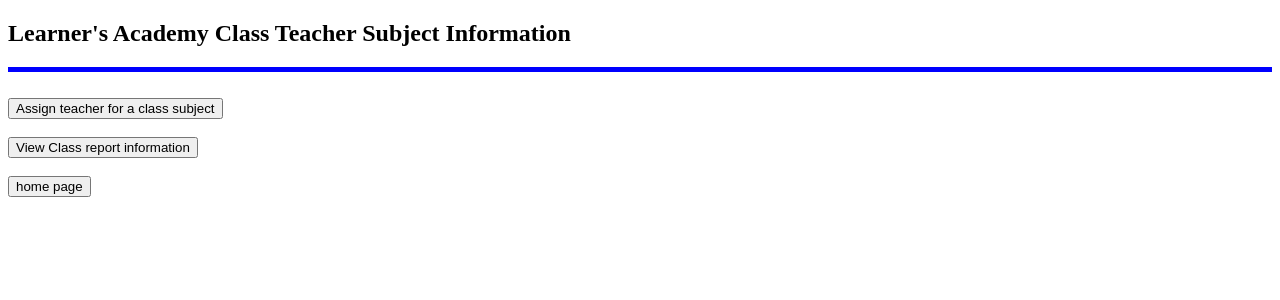
Repository: anithagnana123/Simplilearn_Phase2_project
Page: phase2-project/src/main/webapp/classsubteach.html
An editor plug-in stored every save of this project. The page is shown before and after the next save, followed by the edit.
The browser window is 1280 px wide. The pictures show the whole page.

Above is the page before, as saved 2022-10-23 02:20:41.

### phase2-project/src/main/webapp/classsubteach.html
<!DOCTYPE html>
<html>
<head>
<meta charset="ISO-8859-1">
<title>class-sub-teach-info</title>
</head>
<body>
<h2>Learner's Academy Class Teacher Subject Information</h2>
<hr color="blue" size ="5"/>

<form method="get" action="/phase2-project/classsubteach.jsp">
    <br> <input type='submit' value='Assign teacher for a class subject'/>
</form>

<form method="get" action="/phase2-project/viewclasssubteach.jsp">
    <br> <input type='submit' value='View Class report information'/>
</form>

<form method="get" action="/phase2-project/welcome">
    <br> <input type='submit' value='home page'/>
</form>

</body>
</html>

After the next save:
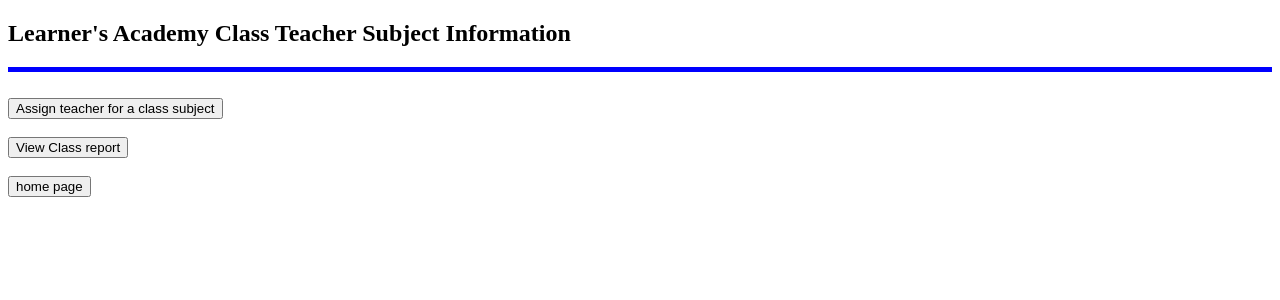
Saved 7 s later.
--- a/phase2-project/src/main/webapp/classsubteach.html
+++ b/phase2-project/src/main/webapp/classsubteach.html
@@ -13,7 +13,7 @@
 </form>
 
 <form method="get" action="/phase2-project/viewclasssubteach.jsp">
-    <br> <input type='submit' value='View Class report information'/>
+    <br> <input type='submit' value='View Class report'/>
 </form>
 
 <form method="get" action="/phase2-project/welcome">
